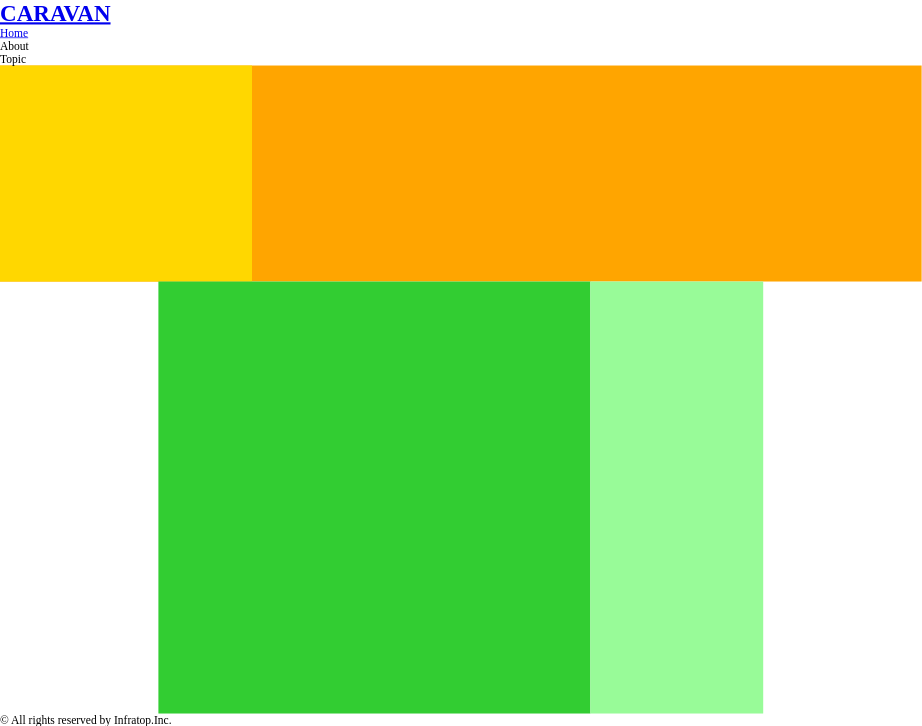
Repository: Nao002/practice
Page: caravan/index.html
The author's editor kept a record of every edit. The page is drawn from the files as they stood at one moment, then again after the next edit.
The browser window is 1280 px wide. The pictures show the whole page, at 72% of full size.

Above is the page before.

### caravan/index.html
<!DOCTYPE html>
<html lang="ja">
  <head>
    <meta charset="UTF-8" />
    <!-- CSSファイルの読み込み -->
    <link rel="stylesheet" href="style.css" />
    <title>CARAVAN</title>
  </head>

  <body>
    <!-- header -->
    <header>
      <h1 class="heading">
        <a href="index.html">
          CARAVAN
        </a>
      </h1>
    </header>

     <!-- navigation -->
    <nav>
      <ul class="nav-list">
        <li class="nav-list-item">
          <a href="index.html">Home</a>
        </li>
        <li class="nav-list-item">About</li>
        <li class="nav-list-item">Topic</li>
      </ul>
    </nav>

    <!-- main-visual用のdiv -->
    <div class="main-visual">
      <div class="main-visual-content"></div>
    </div>

    <!-- main用のdiv -->
    <div class="main">
      <div class="blog"></div>
      <div class="sidebar"></div>
    </div>

    <!-- footer -->
    <footer>
      <p class="footer-text">© All rights reserved by Infratop.Inc.</p>
    </footer>

  </body>
</html>

### caravan/style.css
/* ブラウザがそれぞれ持っているCSSをリセットするための記述 */
* {
  margin: 0;
  padding: 0;
  box-sizing: border-box;
}

.header {
  width: 100%; /* 横幅いっぱい */
  height: 120px; /* 高さ120px */
  background-color: red; /* 背景色red */
}

.header-top {
  width: 100%; /* 横幅いっぱい */
  height: 70px; /* 高さ100px */
  background-color: hotpink; /* 背景色hotpink */
}

.header-bottom {
  width: 100%; /* 横幅いっぱい */
  height: 50px; /* 高さ100px */
  background-color: pink; /* 背景色pink */
}

.main-visual {
  width: 100%; /* 横幅いっぱい */
  height: 300px; /* 高さ300px */
  background-color: orange; /* 背景色orange */
}

.main-visual-content {
  width: 350px; /* 横幅350px */
  height: 300px; /* 親の高さに揃える */
  background-color: gold; /* 背景色gold */
}

.main {
  width: 840px; /* 横幅いっぱい */
  display: flex; /* Flexboxの利用 */
  justify-content: center; /* 子要素の横並び・中央寄せ */
  margin: 0 auto;
}

.blog {
  width: 600px; /* 横幅600px */
  height: 600px; /* 高さ600px */
  background-color: limegreen; /* 背景色limegreen */
}

.sidebar {
  width: 240px; /* 横幅240px */
  height: 600px; /* 高さ600px */
  background-color: palegreen; /* 背景色palegreen */
}

.footer {
  width: 100%; /* 横幅いっぱい */
  height: 120px; /* 高さ120px */
  background-color: blue; /* 背景色blue */
}

After the next edit:
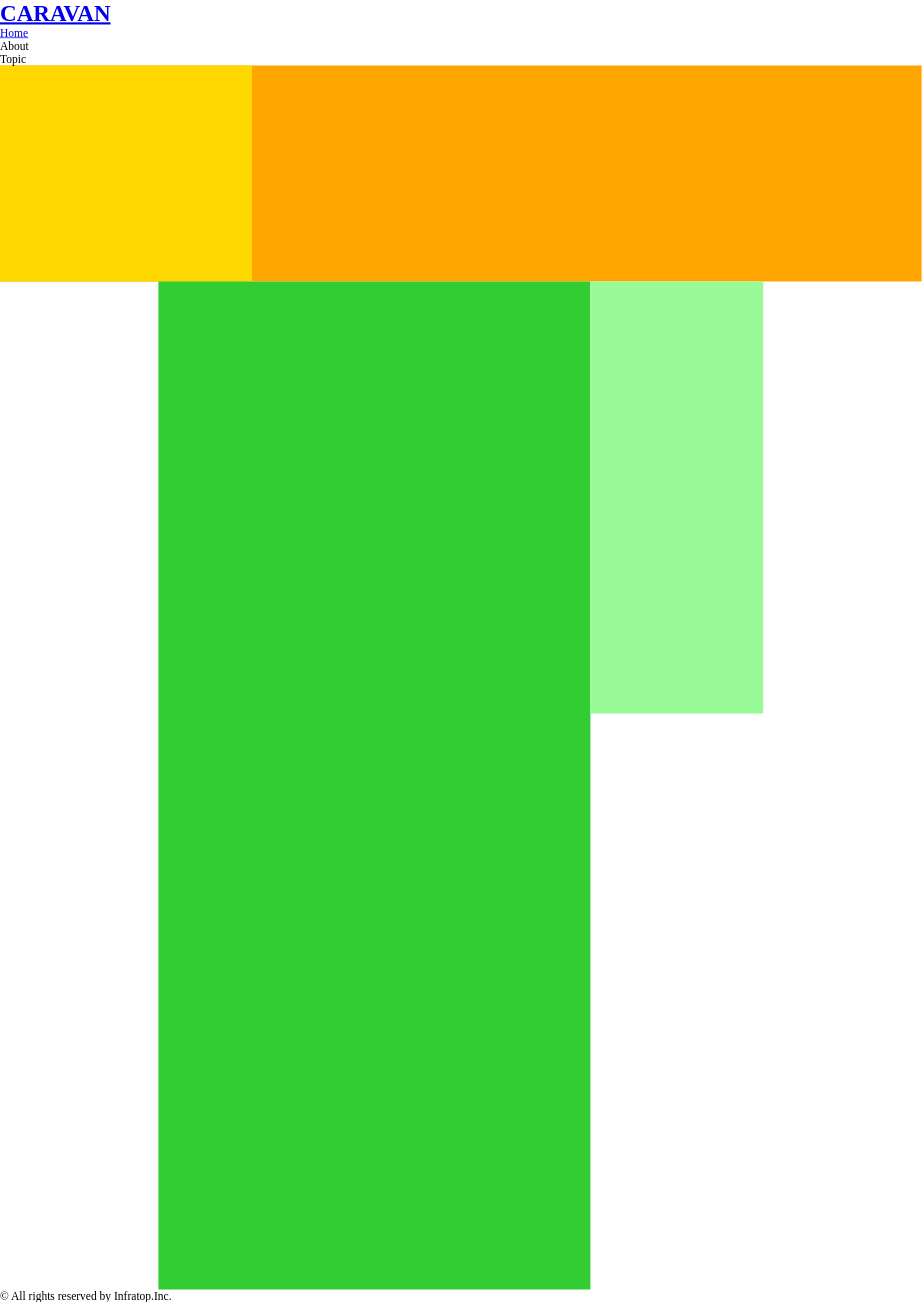
The edit:
--- a/caravan/style.css
+++ b/caravan/style.css
@@ -44,7 +44,7 @@
 
 .blog {
   width: 600px; /* 横幅600px */
-  height: 600px; /* 高さ600px */
+  height: 1400px; /* 高さ600px */
   background-color: limegreen; /* 背景色limegreen */
 }
 
